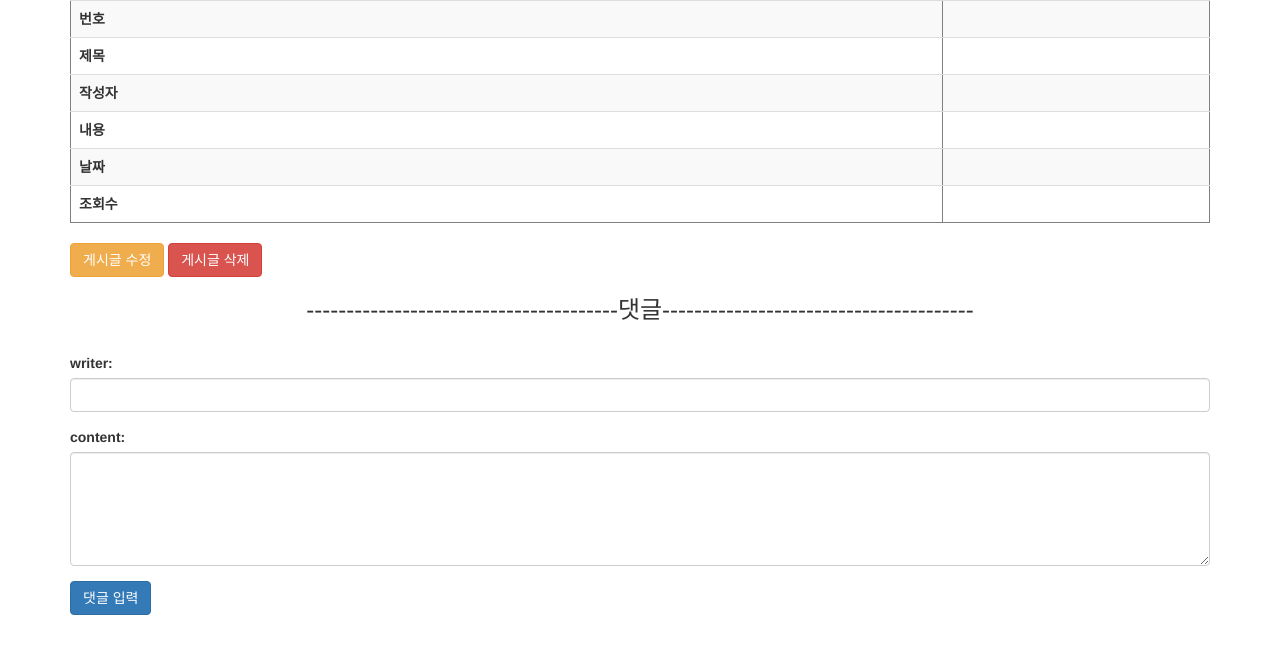
Repository: changyunLee/practice_01
Page: http://localhost/board0513/WEB-INF/views/detail.jsp
These files come from the project's save history. The page is drawn as it stood at one moment and after the next save; the edit follows.
The browser window is 1280 px wide. The pictures show the whole page.
The page is served by Tomcat 9. Nobody is signed in. Other server files are loaded and not shown. The template is opened directly, without the code that normally fills it, so the values that code supplies are empty.

Above is the page before, as saved 2021-10-05 03:32:12.

### SpringMVC_WORK/board0513/src/main/webapp/WEB-INF/views/detail.jsp
<%@ page language="java" contentType="text/html; charset=UTF-8"
	pageEncoding="UTF-8"%>
<%@ taglib prefix="c" uri="http://java.sun.com/jsp/jstl/core"%>


<!DOCTYPE html>
<html>
<head>
<!-- Latest compiled and minified CSS -->
<link rel="stylesheet"
	href="https://maxcdn.bootstrapcdn.com/bootstrap/3.4.1/css/bootstrap.min.css">

<!-- jQuery library -->
<script
	src="https://ajax.googleapis.com/ajax/libs/jquery/3.5.1/jquery.min.js"></script>

<!-- Latest compiled JavaScript -->
<script
	src="https://maxcdn.bootstrapcdn.com/bootstrap/3.4.1/js/bootstrap.min.js"></script>

<meta charset="UTF-8">

<title>Insert title here</title>
<script type="text/javascript"
	src="https://code.jquery.com/jquery-3.6.0.min.js"></script>
<script type="text/javascript">
	function reply() {
		$.ajax({
			url : "/reply.do",
			type : "POST",
			data : $("#writerply").serialize(),
			dataType : "JSON",
			success : function(result) {
				console.log(result);
				alert("작성 완료?");
				location.href = "/home.do";
			}
		})
	}
</script>
</head>
<body>

<div class="container">

	<table border="1" width="70%" class="table table-striped">

		<tr>
			<th>번호</th>
			<td>${board.bnum}</td>
		</tr>
		<tr>
			<th>제목</th>
			<td>${board.title}</td>
		</tr>
		<tr>
			<th>작성자</th>
			<td>${board.writer}</td>
		</tr>
		<tr>
			<th>내용</th>
			<td>${board.bcontent}</td>
		</tr>
		<tr>
			<th>날짜</th>
			<td>${board.bdate}</td>
		</tr>
		<tr>
			<th>조회수</th>
			<td>${board.bcnt}</td>
		</tr>

	</table>

		<button type="button" class="btn btn-warning"
		onclick="location.href='update.do?bnum=${board.bnum}'">게시글 수정</button>
	<button type="button"  class="btn btn-danger"
		onclick="location.href='delete.do?bnum=${board.bnum}'">게시글 삭제</button>




	<!-- 댓글  -->

	<table border="1" width="50%">
		<form id="writerply">

			<h3 style="text-align: center">---------------------------------------댓글---------------------------------------</h3>
			<input type="hidden" name="bnum" value=" ${board.bnum }" /><br />

			<div class="form-group">
				<label for="writer">writer:</label> <input type="text"
					class="form-control" id="writer" name="writer"
					value="${member.userid }">
			</div>
			<div class="form-group">
				<label for="content">content:</label>
				<textarea class="form-control" rows="5" id="content" name="content"></textarea>
			</div>
		</form>
	</table>
	<button type="button" class="btn btn-primary" onclick="reply()">댓글 입력</button>

	<div id="reply">
		<ol class="replyList">
			<c:forEach items="${replyList }" var="reply">
				<li>
					<p>
						작성자 : ${reply.writer } <br /> 작성 날짜 : ${reply.regdate }<br />
					</p>
					<p>-->${reply.content}</p>

				</li>
			</c:forEach>
		</ol>
	</div>
</div>

</body>
</html>

After the next save:
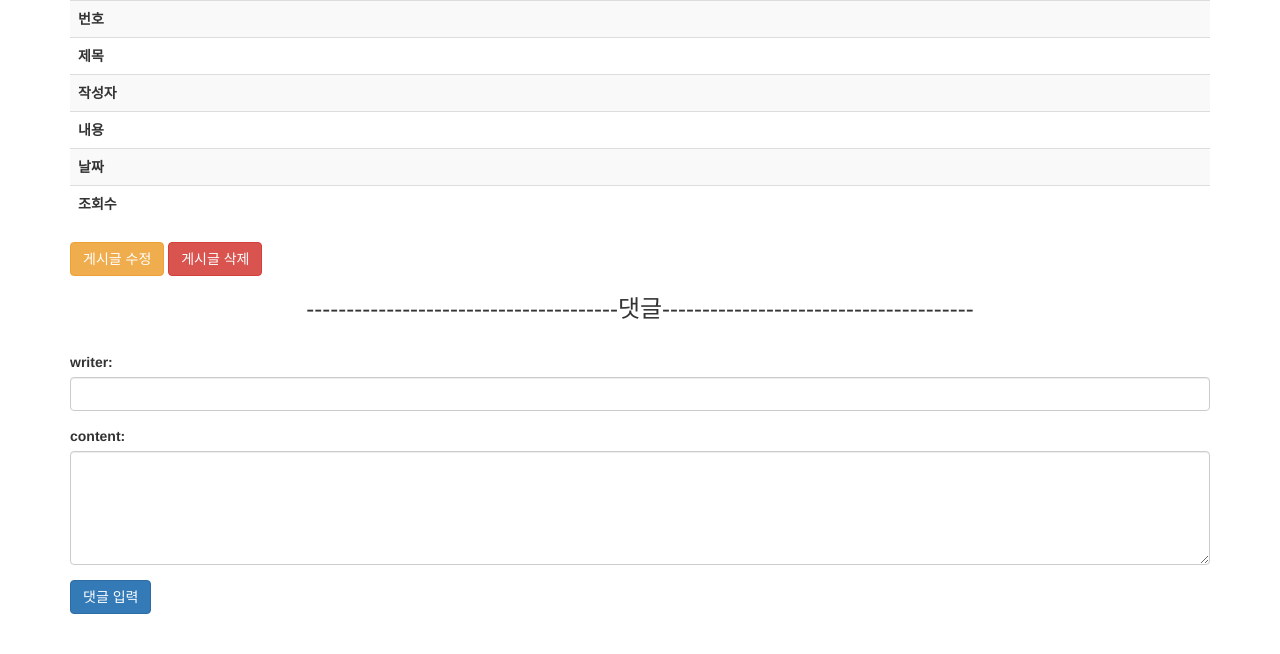
Saved 2 min 12 s later.
--- a/SpringMVC_WORK/board0513/src/main/webapp/WEB-INF/views/detail.jsp
+++ b/SpringMVC_WORK/board0513/src/main/webapp/WEB-INF/views/detail.jsp
@@ -43,7 +43,7 @@
 
 <div class="container">
 
-	<table border="1" width="70%" class="table table-striped">
+	<table  class="table table-striped">
 
 		<tr>
 			<th>번호</th>
